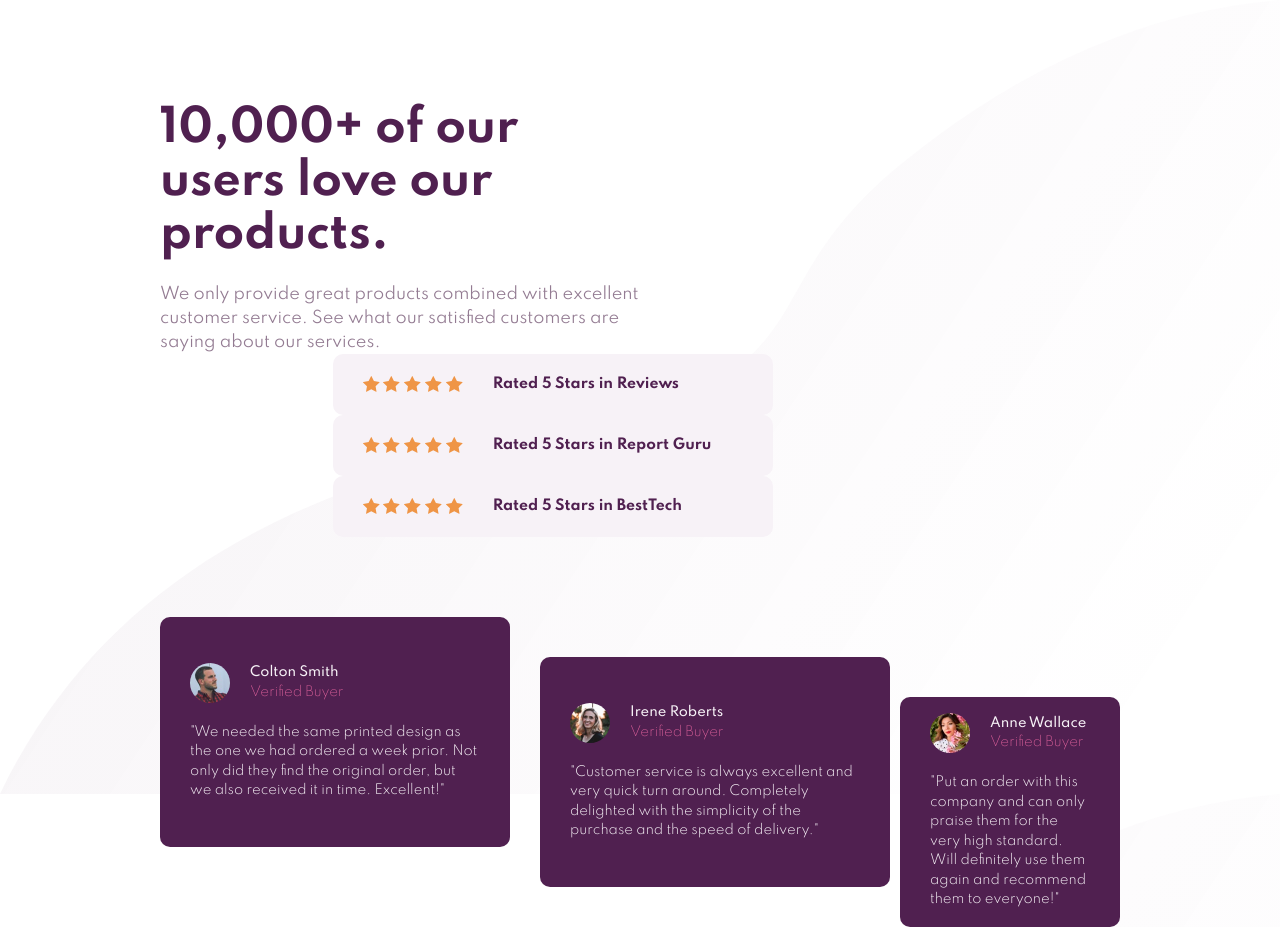
Repository: metehankasapp/social-proof-section-master
Page: index.html
An editor plug-in stored every save of this project. The page is shown before and after the next save, followed by the edit.
The browser window is 1280 px wide. The pictures show the whole page.
Some web libraries are served in a nearby version.

Above is the page before, as saved 2021-12-05 08:52:41.

### index.html
<!DOCTYPE html>
<html lang="en">

<head>
  <meta charset="UTF-8" />
  <meta name="viewport" content="width=device-width, initial-scale=1.0" />

  <title>Frontend Mentor | Social proof section</title>
  <link rel="preconnect" href="https://fonts.googleapis.com" />
  <link rel="preconnect" href="https://fonts.gstatic.com" crossorigin />
  <link href="https://fonts.googleapis.com/css2?family=Spartan:wght@100;200;300;400;500;600;700;800;900&display=swap"
    rel="stylesheet" />
  <link href="https://cdn.jsdelivr.net/npm/bootstrap@5.1.3/dist/css/bootstrap.min.css" rel="stylesheet"
    integrity="sha384-1BmE4kWBq78iYhFldvKuhfTAU6auU8tT94WrHftjDbrCEXSU1oBoqyl2QvZ6jIW3" crossorigin="anonymous" />
  <link rel="stylesheet" href="style.css" />
</head>

<body>
  <div class="main-ctr">
    <div class="w-100 row p-0 header-ctr">
      <div class="col-12 col-lg-6 header-area">
        <div class="header-purple">
          <h5>10,000+ of our users love our products.</h5>
        </div>

        <p class="m-0 header-text">
          We only provide great products combined with excellent customer
          service. See what our satisfied customers are saying about our
          services.
        </p>
      </div>

      <div class="
            col-12 col-lg-6
            second-col
            d-flex
            justify-content-between
            align-items-baseline
            flex-column
          ">
        <div class="rate-container">
          <div class="stars">
            <img src="images/icon-star.svg" alt="" />
            <img src="images/icon-star.svg" alt="" />

            <img src="images/icon-star.svg" alt="" />
            <img src="images/icon-star.svg" alt="" />
            <img src="images/icon-star.svg" alt="" />
          </div>
          <p class="m-0">Rated 5 Stars in Reviews</p>
        </div>
        <div class="rate-container">
          <div class="stars">
            <img src="images/icon-star.svg" alt="" />
            <img src="images/icon-star.svg" alt="" />

            <img src="images/icon-star.svg" alt="" />
            <img src="images/icon-star.svg" alt="" />
            <img src="images/icon-star.svg" alt="" />
          </div>
          <p class="m-0">Rated 5 Stars in Report Guru</p>
        </div>
        <div class="rate-container">
          <div class="stars">
            <img src="images/icon-star.svg" alt="" />
            <img src="images/icon-star.svg" alt="" />

            <img src="images/icon-star.svg" alt="" />
            <img src="images/icon-star.svg" alt="" />
            <img src="images/icon-star.svg" alt="" />
          </div>
          <p class="m-0">Rated 5 Stars in BestTech</p>
        </div>
      </div>
    </div>

    <div class="
          w-100
          m-0
          p-0
          d-flex
          flex-column flex-lg-row
          justify-content-between
          align-items-baseline
        " style="position: relative;">
      <div class="card-ctr" style="position: absolute;top:0;left: 0;">
        <div class="card-item" >
          <div class="card-headerr ">
            <div class="card-img">
              <img src="images/image-colton.jpg" alt="" />
            </div>
            <div class="card-text">
              <p class="card-fs">Colton Smith</p>
              <p class="card-job">Verified Buyer</p>
            </div>
          </div>
          <div class="card-second">
            <p>
              "We needed the same printed design as the one we had ordered a
              week prior. Not only did they find the original order, but we also
              received it in time. Excellent!"
            </p>
          </div>
        </div>
      </div>

      <div class="card-ctr" style="position: absolute;top:4rem;left: 380px;">
        <div class="card-item">
          <div class="card-headerr">
            <div class="card-img">
              <img src="images/image-irene.jpg" alt="" />
            </div>
            <div class="card-text">
              <p class="card-fs">Irene Roberts</p>
              <p class="card-job">Verified Buyer</p>
            </div>
          </div>
          <div class="card-second">
            <p>
              "Customer service is always excellent and very quick turn around.
              Completely delighted with the simplicity of the purchase and the
              speed of delivery."
            </p>
          </div>
        </div>
      </div>

      <div class="card-ctr" style="position: absolute;top:8rem;left: 740px;">
        <div class="card-item">
          <div class="card-headerr">
            <div class="card-img">
              <img src="images/image-anne.jpg" alt="" />
            </div>
            <div class="card-text">
              <p class="card-fs">Anne Wallace</p>
              <p class="card-job">Verified Buyer</p>
            </div>
          </div>
          <div class="card-second">
            <p>
              "Put an order with this company and can only praise them for the
              very high standard. Will definitely use them again and recommend
              them to everyone!"
            </p>
          </div>
        </div>
      </div>
    </div>
  </div>

  <script src="https://cdn.jsdelivr.net/npm/bootstrap@5.1.3/dist/js/bootstrap.bundle.min.js"
    integrity="sha384-ka7Sk0Gln4gmtz2MlQnikT1wXgYsOg+OMhuP+IlRH9sENBO0LRn5q+8nbTov4+1p" crossorigin="anonymous">
  </script>
  <script src="https://cdn.jsdelivr.net/npm/@popperjs/core@2.10.2/dist/umd/popper.min.js"
    integrity="sha384-7+zCNj/IqJ95wo16oMtfsKbZ9ccEh31eOz1HGyDuCQ6wgnyJNSYdrPa03rtR1zdB" crossorigin="anonymous">
  </script>
  <script src="https://cdn.jsdelivr.net/npm/bootstrap@5.1.3/dist/js/bootstrap.min.js"
    integrity="sha384-QJHtvGhmr9XOIpI6YVutG+2QOK9T+ZnN4kzFN1RtK3zEFEIsxhlmWl5/YESvpZ13" crossorigin="anonymous">
  </script>
</body>

</html>

### style.css
* {
  margin: 0;
  padding: 0;
  box-sizing: border-box;
}

html {
  font-size: 10px;
}

body {
  background-image: url("images/bg-pattern-bottom-desktop.svg");
  background-size: cover;
  height: 100vh;
  font-size: 1.6rem;
  font-family: "Spartan", sans-serif;
  display: flex;
  justify-content: center;
  align-items: center;

  padding: 12rem 16rem;
}

.second-col {
  padding-left: 100px;
}
.header-ctr {
  margin-bottom: 8rem;
}

.header-area {
  width: 500px;
}
.header-purple h5 {
  font-weight: 700;
  font-size: 44px;
  color: hsl(300, 43%, 22%);
  margin-bottom: 2rem;
}

.header-text {
  font-size: 16px;
  color: hsl(303, 10%, 53%);
}

.rate-container {
  color: hsl(300, 43%, 22%);
  font-weight: 700;
  padding: 2rem 3rem;
  background-color: hsl(300, 24%, 96%);
  font-size: 14px;
  border-radius: 10px;
  width: 440px;
  display: flex;
  justify-content: baseline;
  align-items: baseline;
}

.rate-container:nth-child(2) {
  margin-left: 4rem;
}
.rate-container:nth-child(3) {
  margin-left: 8rem;
}

.stars {
  margin-right: 3rem;
}

.card-item {
  background-color: hsl(300, 43%, 22%);
  border-radius: 10px;
  padding: 3rem;
  max-width: 350px;
  height: 230px;
  display: flex;
  justify-content: center;
  align-items: baseline;
  flex-direction: column;
}



.card-headerr {
  display: flex;
  flex-direction: row;
  align-items: center;
  justify-content: baseline;
  margin-bottom: 2rem;
}

.card-img {
  display: inline-block;
  width: 40px !important;
}

.card-item img {
  width: 40px;
  border-radius: 50%;
}

.card-text {
  margin-left: 2rem;
  display: flex;
  flex-direction: column;
  justify-content: center;
  align-items: baseline;
}
.card-fs {
  color: hsl(300, 24%, 96%);
  font-size: 13px;
  margin-bottom: 0;
  font-weight: 500;
}

.card-job {
  color: hsl(300, 24%, 96%);
  font-size: 13px;
  margin-bottom: 0;
  font-weight: 200;
  color: hsl(333, 80%, 67%);
}

.card-second p {
  margin-bottom: 0;
  color: hsl(300, 24%, 96%);
  font-size: 13px;
  font-weight: 300;
}

After the next save:
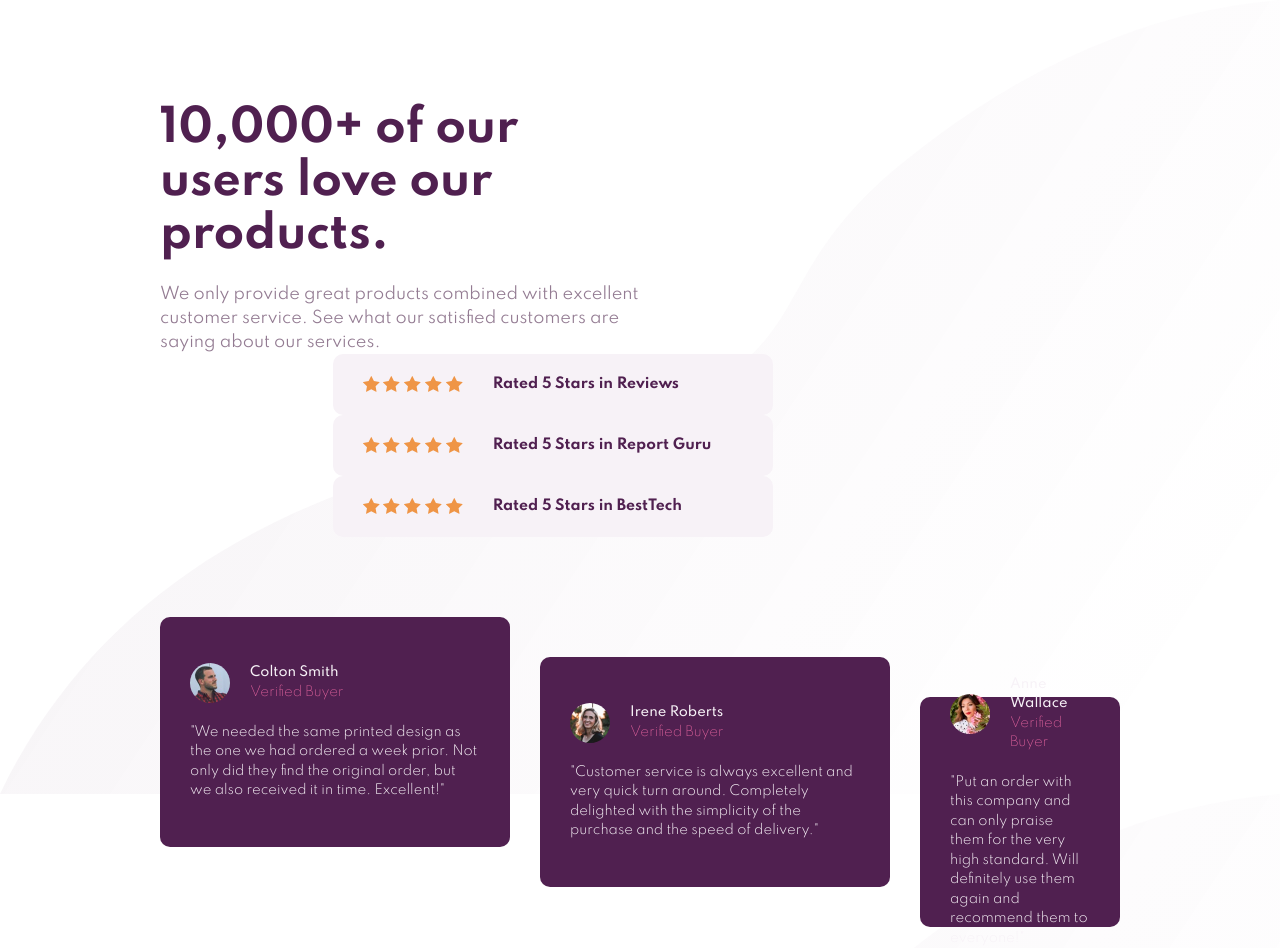
Saved 5 s later.
--- a/index.html
+++ b/index.html
@@ -125,7 +125,7 @@
         </div>
       </div>
 
-      <div class="card-ctr" style="position: absolute;top:8rem;left: 740px;">
+      <div class="card-ctr" style="position: absolute;top:8rem;left: 760px;">
         <div class="card-item">
           <div class="card-headerr">
             <div class="card-img">
